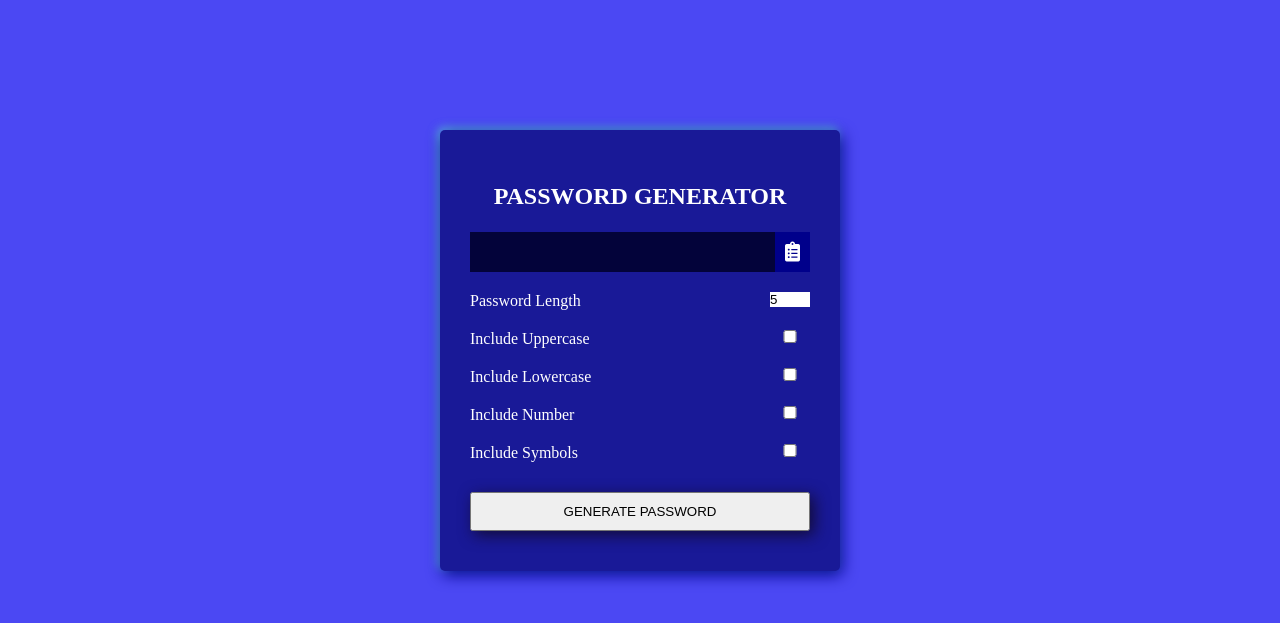
Repository: Eugene44-hub/password-generator
Page: index.html
The author's editor kept a copy of each file at every save. The page is drawn from the files as they stood at one save, then again after the next save.
The browser window is 1280 px wide. The pictures show the whole page.
Empty fields were first filled with sample values (such as "Sample", 5 or name@example.com).
After loading, the first visible `#generate-password` was clicked once.

Above is the page before, as saved 2021-09-23 18:15:52.

### index.html
<!DOCTYPE html>
<html lang="en">

<head>
    <meta charset="UTF-8">
    <meta http-equiv="X-UA-Compatible" content="IE=edge">
    <meta name="viewport" content="width=device-width, initial-scale=1.0">
    <title>Document</title>
    <link rel="stylesheet" href="style.css">
    <link rel="stylesheet" href="css/all.css">
</head>

<body>
    <div class="passwordGenerator">
        <h2>password generator</h2>
        <div class="password">
            <span id="password"></span>
            <i class="fas fa-clipboard-list"></i>
        </div>
        <div class="select-options">
            <p>password length <input type="number" id="length"></p>

            <p>include uppercase <input type="checkbox" id="uppercase"></p>
            <p>include lowercase <input type="checkbox" id="lowercase"></p>
            <p>include number <input type="checkbox" id="number"></p>
            <p>include symbols <input type="checkbox" id="symbol"></p>
        </div>
        <button id="generate-password">generate password</button>
    </div>
    <script src="app.js"></script>
</body>

</html>

</html>

### style.css
* {
    padding: 0;
    margin: 0;
    box-sizing: border-box;
}

body {
    display: flex;
    height: 700px;
    background-color: rgb(75, 72, 243);
    color: white;
    text-transform: uppercase;
}

.passwordGenerator {
    margin: auto;
    padding: 30px;
    width: 400px;
    background-color: rgb(25, 25, 151);
    box-shadow: 2px 4px 15px darkblue, -2px -2px 10px rgb(97, 195, 228);
    border-radius: 5px;
}

input {
    border: none;
    outline: none;
    float: right;
    width: 40px;
}

p {
    margin: 20px 0;
    text-transform: capitalize;
}

h2 {
    text-align: center;
    line-height: 3;
}

button {
    width: 100%;
    padding: 10px;
    margin: 10px 0;
    text-transform: uppercase;
    box-shadow: 4px 4px 15px rgb(19, 12, 56);
}

.password {
    background-color: rgb(3, 3, 58);
    height: 40px;
    display: flex;
    justify-content: space-between;
    font-family: monospace;
    font-size: 20px;
}

i {
    font-size: 20px;
    float: right;
    background-color: darkblue;
    padding: 10px;
}

i:hover {
    cursor: pointer;
}

#password {
    align-self: flex-end;
}

### app.js
const length = document.querySelector('#length');
const upperBox = document.querySelector('#uppercase');
const lowerBox = document.querySelector('#lowercase');
const numberBox = document.querySelector('#number');
const symbolBox = document.querySelector('#symbol');
const output = document.querySelector('#password')

const generateBtn = document.querySelector('#generate-password');

generateBtn.addEventListener('click', e => {
    console.log('password generated')
})

class Generator {
    constructor(length, upperBox, lowerBox, numberBox, symbolBox) {
        this.length = length;
        this.upperBox = upperBox
        this.lowerBox = lowerBox
        this.numberBox = numberBox;
        this.symbolBox = symbolBox;
    }
    generateUpperCase() {

        return String.fromCharCode(Math.floor(Math.random() * (90 - 65)) + 65)
    }
    generatelowerCase() {
        return String.fromCharCode(Math.floor(Math.random() * (122 - 97)) + 97)
    }
    generateNumber() {
        return String.fromCharCode(Math.floor(Math.random() * (57 - 49)) + 49)
    }
    generateSymbol() {
        let symbols = '!@#$%^&*\+=';

        return symbols[Math.floor(Math.random() * (10 - 1)) + 1]
    }

    randomfunc() {
        return {
            lower: this.generatelowerCase,
            upper: this.generateUpperCase,
            number: this.generateNumber,
            symbol: this.generateSymbol
        }
    }

    generatePassword() {
        let countBox = this.lowerBox.checked + this.upperBox.checked + this.numberBox.checked + this.symbolBox.checked;
        console.log(countBox);
        let lower = this.lowerBox.checked;
        let upper = this.upperBox.checked;
        let number = this.numberBox.checked;
        let symbol = this.symbolBox.checked;
        let length = this.length.value

        let generatedPassword = '';

        if (countBox === 0)
            return '';
        let typeVal = [{ lower }, { upper }, { number }, { symbol }].filter(item => Object.values(item)[0]);


        for (let i = 0; i < length; i += countBox) {
            typeVal.forEach(
                (type) => {
                    const keys = Object.keys(type)[0];
                    generatedPassword += this.randomfunc()[keys]()
                }
            )
        }
        return generatedPassword
    }
}



function EventListeners() {

    generateBtn.addEventListener('click', e => {
        const generator = new Generator(length, upperBox, lowerBox, numberBox, symbolBox);
        output.innerHTML = generator.generatePassword()
    })
}

EventListeners()

Loaded but not shown: css/all.css (library)

After the next save:
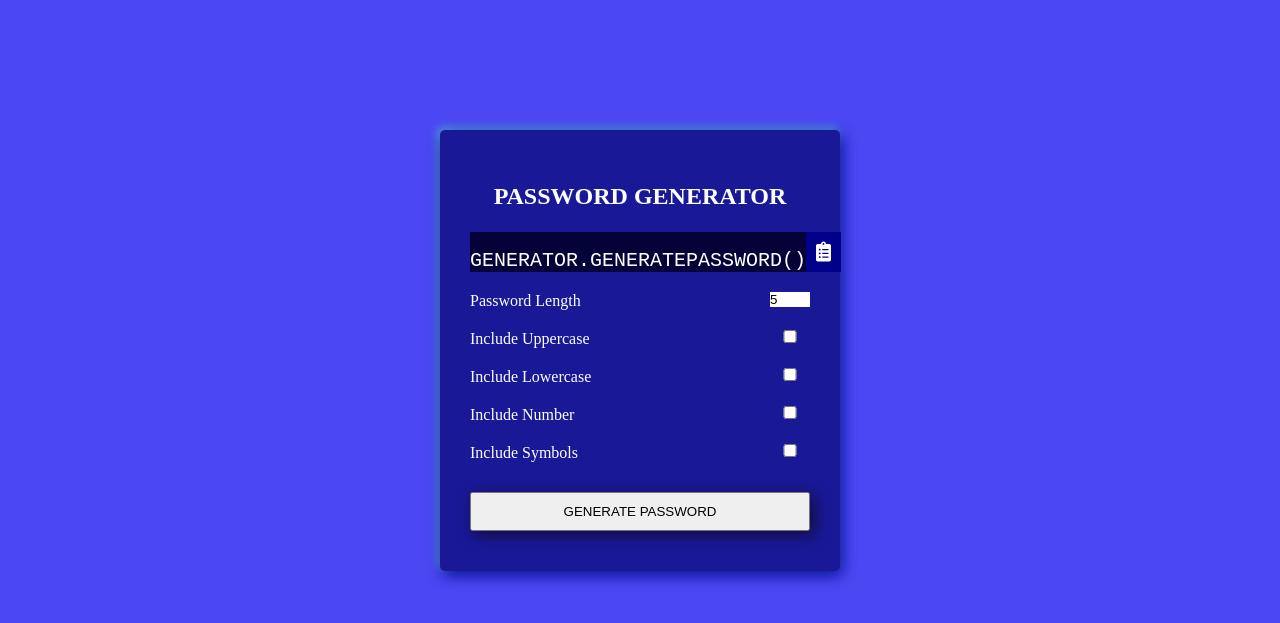
Saved 14 s later.
--- a/app.js
+++ b/app.js
@@ -78,7 +78,7 @@
 
     generateBtn.addEventListener('click', e => {
         const generator = new Generator(length, upperBox, lowerBox, numberBox, symbolBox);
-        output.innerHTML = generator.generatePassword()
+        output.innerHTML = `generator.generatePassword()`
     })
 }
 

After the save that followed:
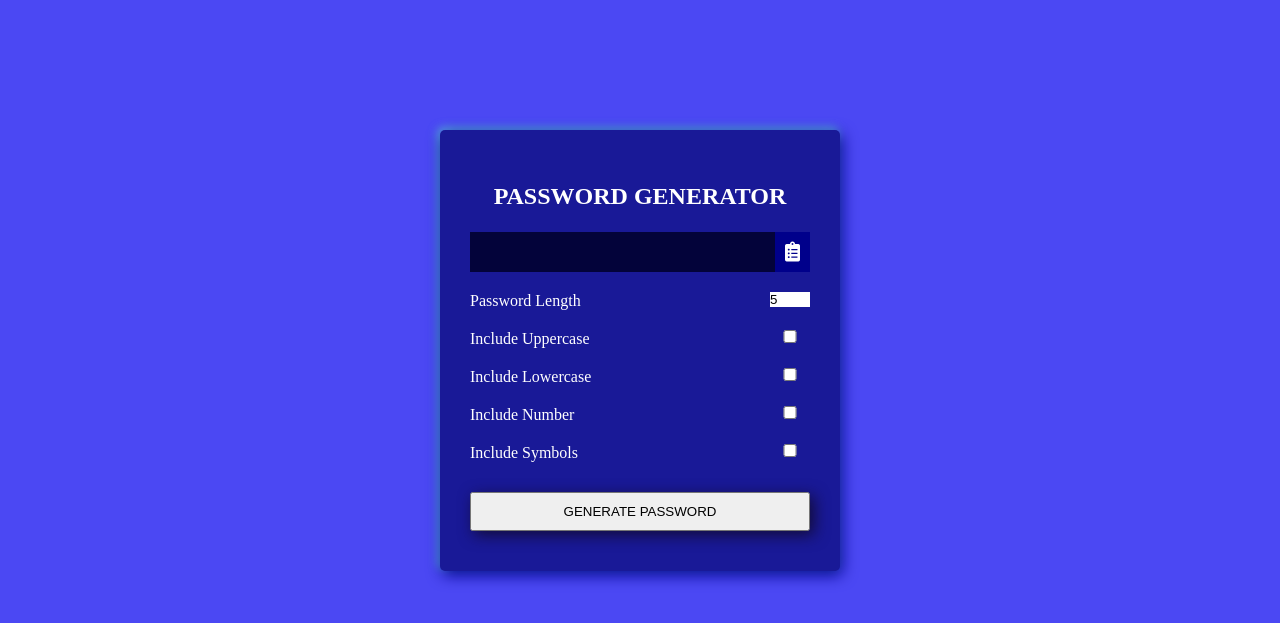
Saved 12 s later.
--- a/app.js
+++ b/app.js
@@ -78,7 +78,7 @@
 
     generateBtn.addEventListener('click', e => {
         const generator = new Generator(length, upperBox, lowerBox, numberBox, symbolBox);
-        output.innerHTML = `generator.generatePassword()`
+        output.innerHTML = ``
     })
 }
 
